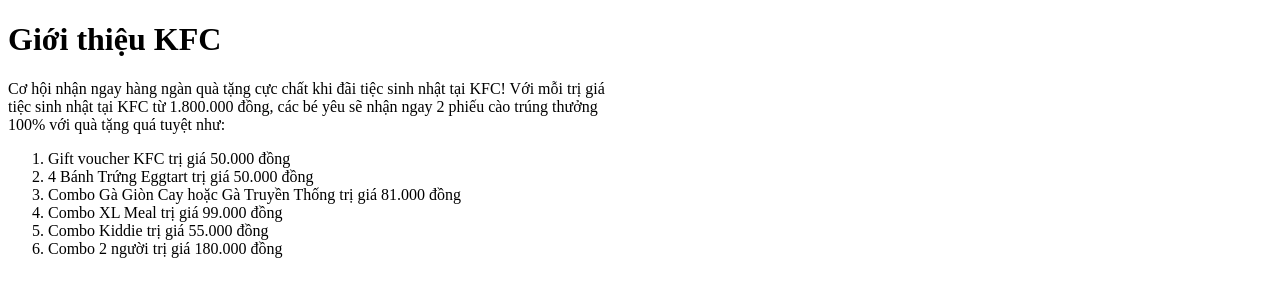
Repository: giahuy405/BC38__-BaiTapHTML_KFC__Pham_Gia_Huy
Page: introduce.html
The author's editor kept a copy of each file at every save. The page is drawn from the files as they stood at one save, then again after the next save.
The browser window is 1280 px wide. The pictures show the whole page.

Above is the page before, as saved 2022-09-07 00:36:00.

After the next save:
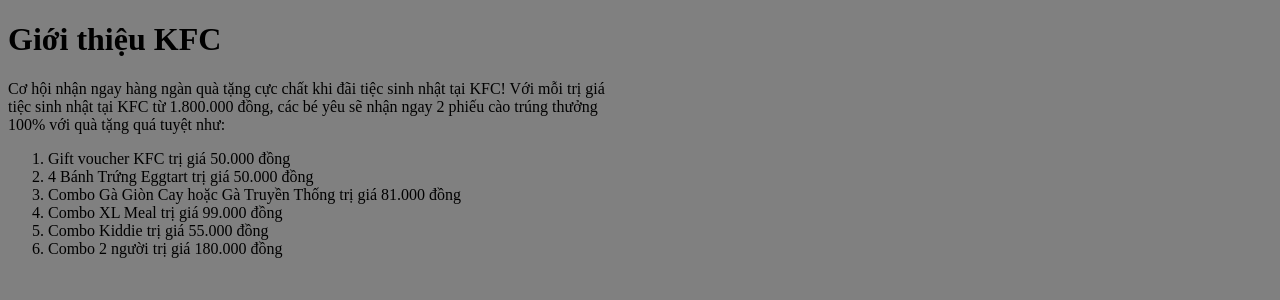
Saved 14 s later.
--- a/css/introduce.css
+++ b/css/introduce.css
@@ -2,3 +2,6 @@
     width: 600px;
 
 }
+body{
+    background-color: gray;
+}
